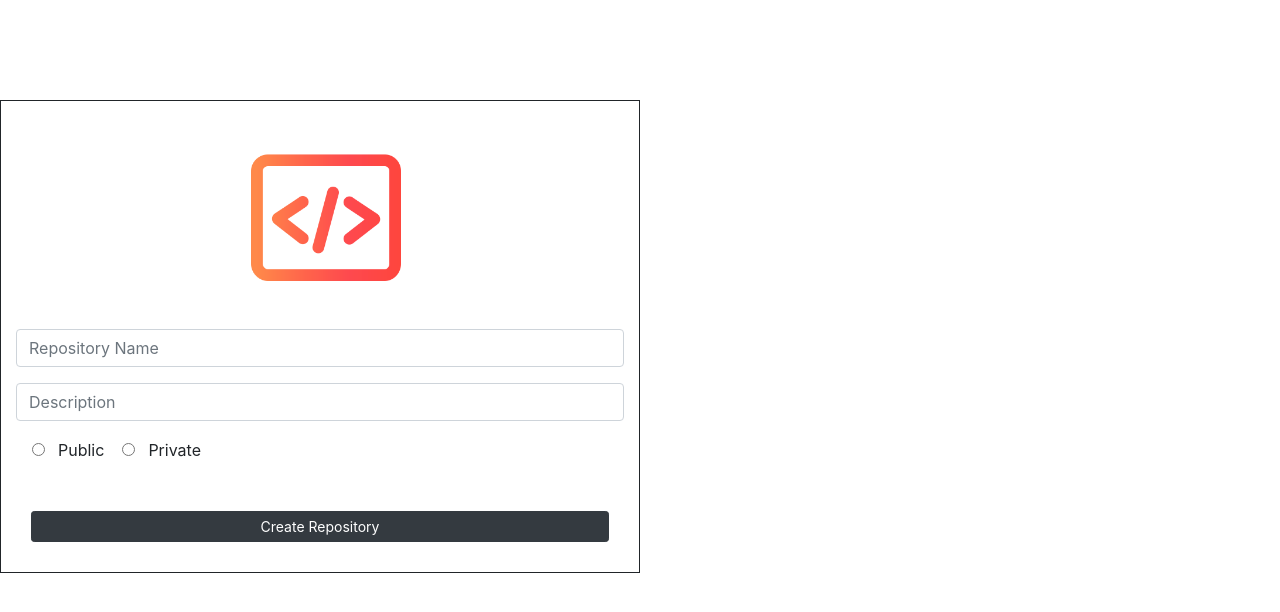
Repository: rashmikagamage/OAuth-Implementation
Page: /auth/github/callback (app in frontend/)
The author's editor kept a copy of each file at every save. The page is drawn from the files as they stood at one save, then again after the next save.
The browser window is 1280 px wide. The pictures show the whole page.
Some web libraries are served in a nearby version. The project was rebuilt for these pictures with package versions that can differ from the ones it lists, and the page was loaded fresh each time. Also part of the build but not shown: frontend/src/css/twitter.css, frontend/src/components/login.js, frontend/src/components/twitter-home.js, frontend/src/components/login-git.js, frontend/src/App.css.

Above is the page before, as saved 2021-09-08 17:55:32.

### frontend/public/index.html
<!DOCTYPE html>
<html lang="en">
  <head>
    <meta charset="utf-8" />
    <link rel="icon" href="%PUBLIC_URL%/favicon.ico" />
    <meta name="viewport" content="width=device-width, initial-scale=1" />
    <meta name="theme-color" content="#000000" />
    <meta
      name="description"
      content="Web site created using create-react-app"
    />
    <link rel="apple-touch-icon" href="%PUBLIC_URL%/logo192.png" />
    <!--
      manifest.json provides metadata used when your web app is installed on a
      user's mobile device or desktop. See https://developers.google.com/web/fundamentals/web-app-manifest/
    -->
    <link rel="manifest" href="%PUBLIC_URL%/manifest.json" />
    <link rel="stylesheet" href="https://pro.fontawesome.com/releases/v5.13.0/css/all.css">
    <link rel="shortcut icon" href="%PUBLIC_URL%/favicon.ico">
    <!--
      Notice the use of %PUBLIC_URL% in the tags above.
      It will be replaced with the URL of the `public` folder during the build.
      Only files inside the `public` folder can be referenced from the HTML.

      Unlike "/favicon.ico" or "favicon.ico", "%PUBLIC_URL%/favicon.ico" will
      work correctly both with client-side routing and a non-root public URL.
      Learn how to configure a non-root public URL by running `npm run build`.
    -->
    <link rel="stylesheet" href="https://maxcdn.bootstrapcdn.com/bootstrap/4.0.0/css/bootstrap.min.css" integrity="sha384-Gn5384xqQ1aoWXA+058RXPxPg6fy4IWvTNh0E263XmFcJlSAwiGgFAW/dAiS6JXm" crossorigin="anonymous">
    <title>React App</title>

  </head>
  <body>

    <noscript>You need to enable JavaScript to run this app.</noscript>
    <div id="root"></div>
    <!--
      This HTML file is a template.
      If you open it directly in the browser, you will see an empty page.

      You can add webfonts, meta tags, or analytics to this file.
      The build step will place the bundled scripts into the <body> tag.

      To begin the development, run `npm start` or `yarn start`.
      To create a production bundle, use `npm run build` or `yarn build`.
    -->
    <script src="https://code.jquery.com/jquery-3.2.1.slim.min.js" integrity="sha384-KJ3o2DKtIkvYIK3UENzmM7KCkRr/rE9/Qpg6aAZGJwFDMVNA/GpGFF93hXpG5KkN" crossorigin="anonymous"></script>
    <script src="https://cdnjs.cloudflare.com/ajax/libs/popper.js/1.12.9/umd/popper.min.js" integrity="sha384-ApNbgh9B+Y1QKtv3Rn7W3mgPxhU9K/ScQsAP7hUibX39j7fakFPskvXusvfa0b4Q" crossorigin="anonymous"></script>
    <script src="https://maxcdn.bootstrapcdn.com/bootstrap/4.0.0/js/bootstrap.min.js" integrity="sha384-JZR6Spejh4U02d8jOt6vLEHfe/JQGiRRSQQxSfFWpi1MquVdAyjUar5+76PVCmYl" crossorigin="anonymous"></script>
  </body>
</html>

### frontend/src/App.js
import Login from './components/login';
import GitHome from './components/git-home';
import TwitterHome from './components/twitter-home';
import LoginGit from './components/login-git';
import {BrowserRouter as Router, Route} from "react-router-dom";
import './App.css';


function App() {
  return (

    <Router>{
      <div>
          <switch>
              <Route path="/login" component={Login}/>
              <Route path="/logingit" component={LoginGit}/>
              <Route path="/auth/github/callback" component={GitHome}/>
              <Route path="/twitterHome" component={TwitterHome}/>

          </switch>
      </div>
  }

  </Router>
  );
}

export default App;

### frontend/src/components/git-home.js
import "../css/git.css";
import code from "../images/code.png";
import React, { useState } from "react";
const axios = require("axios").default;

function GitHome(props) {
  function getRepos() {}
  return (
    <div class="main">
       <img src={code} alt="Avatar" class="img"></img>
      <form>
        <div class="form-group row mt-5">
          <input
            type="text"
            class="form-control"
            id="formGroupExampleInput"
            placeholder="Repository Name"
          ></input>
          <input
            type="text"
            class="form-control mt-3"
            id="formGroupExampleInput"
            placeholder="Description"
          ></input>
        </div>
        <table>
          <tr>
            <td>
              <div class="form-check">
                <input
                  class="form-check-input position-static"
                  type="radio"
                  name="public"
                  id="true"
                  value="option1"
                  aria-label="..."
                ></input>
              </div>
            </td>
            <td>
              <label class="form-check-label ml-1 mr-3" for="exampleRadios2">
                Public
              </label>
            </td>
            <td>
              <div class="form-check">
                <input
                  class="form-check-input position-static"
                  type="radio"
                  name="private"
                  id="false"
                  value="false"
                  aria-label="..."
                ></input>
              </div>
            </td>
            <td>
              <label class="form-check-label ml-1 mr-3" for="exampleRadios2">
                Private
              </label>
            </td>
          </tr>
        </table>
      </form>
      <button type="button" class="btn btn-dark btn-sm btn-block mt-5">Create Repository</button>
    </div>
  );
}

export default GitHome;

### frontend/src/css/git.css
.main{
  margin-top: 100px;
  width: 50%;
  border-style: solid;
  border-width: 1px;
  padding: 30px;



}
.img{
    width: 150px;
    margin-left: 220px;
}

Loaded but not shown: frontend/src/index.js (common file); frontend/src/index.css (common file); frontend/src/reportWebVitals.js (common file)

After the next save:
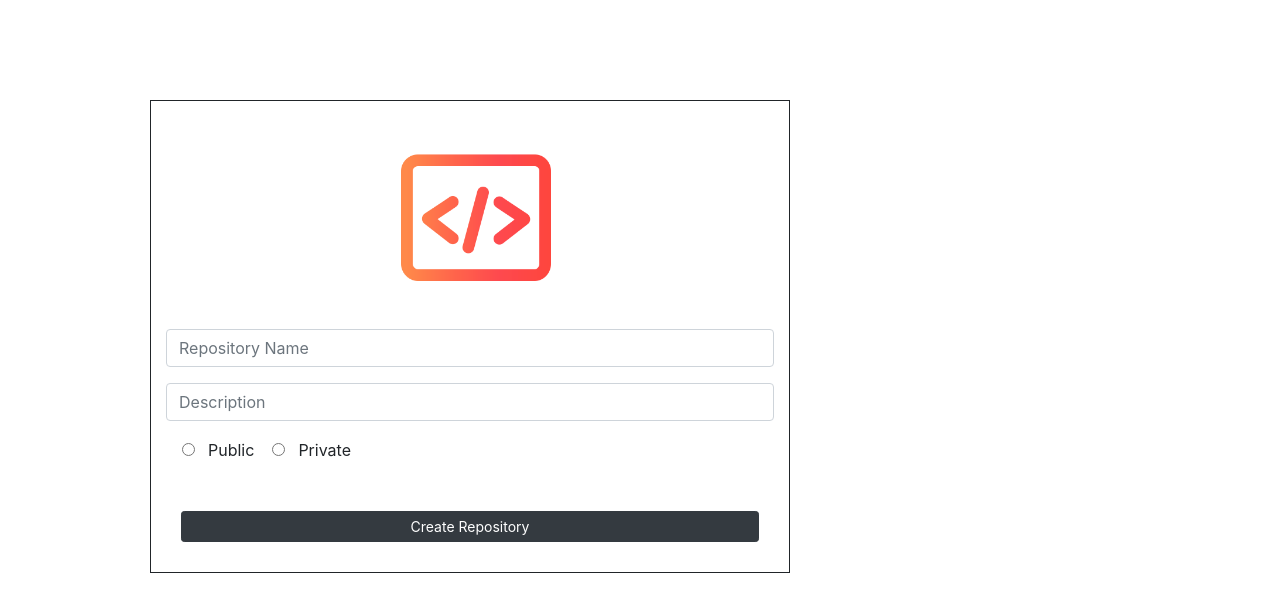
Saved 9 s later.
--- a/frontend/src/css/git.css
+++ b/frontend/src/css/git.css
@@ -1,5 +1,6 @@
 .main{
   margin-top: 100px;
+  margin-left: 150px;
   width: 50%;
   border-style: solid;
   border-width: 1px;
